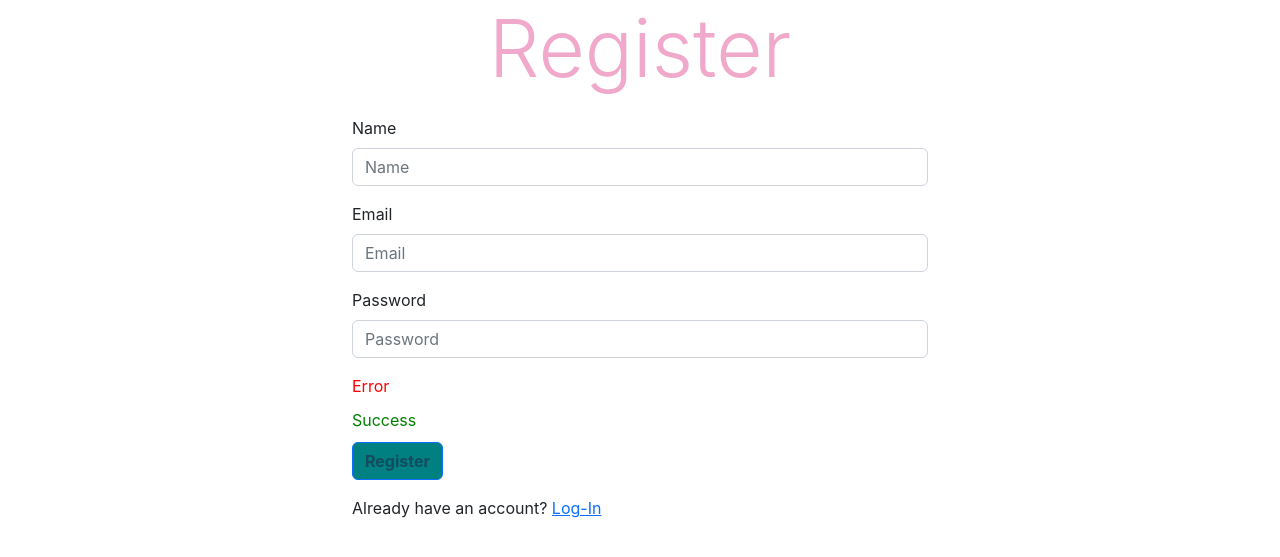
Repository: LolaSL/multi-niche-blog
Page: /register (app in frontend/)
These files come from the project's save history. The page is drawn as it stood at one moment and after a run of saves; the edit follows.
The browser window is 1280 px wide. The pictures show the whole page.
The project was rebuilt for these pictures with package versions that can differ from the ones it lists, and the page was loaded fresh each time. Also part of the build but not shown: frontend/src/pages/Login.jsx, frontend/src/pages/Post.jsx, frontend/src/pages/CreatePost.jsx, frontend/src/pages/Home.jsx, frontend/src/components/Navbars.jsx, frontend/src/components/Footer.jsx.

Above is the page before, as saved 2023-01-29 09:38:43.

### frontend/public/index.html
<!DOCTYPE html>
<html lang="en">
  <head>
    <meta charset="utf-8" />
    <link rel="icon" href="%PUBLIC_URL%/favicon.ico" />
    <meta name="viewport" content="width=device-width, initial-scale=1" />
    <meta name="theme-color" content="#000000" />
    <meta
      name="description"
      content="Web site created using create-react-app"
    />
    <link rel="apple-touch-icon" href="%PUBLIC_URL%/logo192.png" />
    <!--
      manifest.json provides metadata used when your web app is installed on a
      user's mobile device or desktop. See https://developers.google.com/web/fundamentals/web-app-manifest/
    -->
    <link rel="manifest" href="%PUBLIC_URL%/manifest.json" />
    <link rel="stylesheet" href="https://cdn.jsdelivr.net/npm/bootstrap@5.2.3/dist/css/bootstrap.min.css"
    integrity="sha384-rbsA2VBKQhggwzxH7pPCaAqO46MgnOM80zW1RWuH61DGLwZJEdK2Kadq2F9CUG65" crossorigin="anonymous" />
  <link rel="stylesheet" href="https://cdnjs.cloudflare.com/ajax/libs/font-awesome/6.2.1/css/all.min.css" />
    <!--
      Notice the use of %PUBLIC_URL% in the tags above.
      It will be replaced with the URL of the `public` folder during the build.
      Only files inside the `public` folder can be referenced from the HTML.

      Unlike "/favicon.ico" or "favicon.ico", "%PUBLIC_URL%/favicon.ico" will
      work correctly both with client-side routing and a non-root public URL.
      Learn how to configure a non-root public URL by running `npm run build`.
    -->
    <title>React App</title>
  </head>
  <body>
    <noscript>You need to enable JavaScript to run this app.</noscript>
    <div id="root"></div>
    <!--
      This HTML file is a template.
      If you open it directly in the browser, you will see an empty page.

      You can add webfonts, meta tags, or analytics to this file.
      The build step will place the bundled scripts into the <body> tag.

      To begin the development, run `npm start` or `yarn start`.
      To create a production bundle, use `npm run build` or `yarn build`.
    -->
  </body>
</html>

### frontend/src/index.css
body {
  margin: 0;
  font-family: -apple-system, BlinkMacSystemFont, "Segoe UI", "Roboto", "Oxygen",
    "Ubuntu", "Cantarell", "Fira Sans", "Droid Sans", "Helvetica Neue",
    sans-serif;
  -webkit-font-smoothing: antialiased;
  -moz-osx-font-smoothing: grayscale;
}

code {
  font-family: source-code-pro, Menlo, Monaco, Consolas, "Courier New",
    monospace;
}
.app {
  display: flex;
}
.link {
  text-decoration: none;
  color: inherit;
}
.container {
  width: 1124px;
}
/* Login & Registration */

h1 {
  font-size: 20px;
  color: hsl(331, 71%, 80%);
  margin-bottom: 20px;
}
.small-container {
  max-width: 600px;
}
.btn {
  background-color: teal;
  font-weight: bold;
  color: hsl(195, 70%, 22%);
}
.btn:hover {
  background-color: hsl(264, 25%, 63%);
  font-weight: bold;
}

/* Navbar */
.logo-image {
  background-color: rgb(237, 203, 233);
  width: 40%;
  height: 40%;
  border-radius: 50%;
}
h6 {
  font-size: 16px;
  font-weight: 300;
  margin: 10px;
  color: hsl(205, 100%, 17%);
}
.navbar {
  padding: 10px 0;
  justify-content: space-between;
  width: 1124px;
}

.links {
  display: flex flex;
  align-items: center;
  gap: 15px;
}
.create {
  background-color: hsl(312, 58%, 85%);
  width: 60px;
  height: 60px;
  border-radius: 50%;
  display: flex;
  align-items: center;
  justify-content: center;
  font-weight: 600;
  border: 1px solid white;
  color: hsl(205, 100%, 17%);
}
.create:hover {
  color: white;
  background-color: hsl(331, 71%, 80%);
  border: 1px solid hsl(264, 25%, 63%);
  font-weight: 600;
}
/* Footer */
footer {
  margin-top: 100px;
  padding: 20px;
  background-color: hsl(312, 58%, 85%);
  display: flex;
  align-items: center;
  justify-content: space-between;
  font-size: 12px;
  color: hsl(205, 100%, 17%);
}
.footer-image {
  background-color: hsl(312, 58%, 85%);
  width: 10%;
  height: 10%;
  border-radius: 50%;
}

/* Home */
.posts {
  margin-top: 50px;
  display: flex;
  flex-direction: column;
  gap: 150px;
}
.post {
  display: flex;
  gap: 100px;
}
.post:nth-child(2n + 1) {
  flex-direction: row-reverse;
}

.post-image {
  flex: 2;
  position: relative;
}
.post-image::after {
  content: "";
  width: 100%;
  height: 100%;
  background-color: hsl(331, 71%, 80%);
  position: absolute;
  top: 20px;
  left: -20px;
  z-index: -1;
}

img {
  width: 100%;
  max-height: 400px;
  object-fit: cover;
}
.content {
  flex: 3;
  display: flex;
  flex-direction: column;
  justify-content: space-between;
}
h1 {
  font-size: 48px;
}

p {
  font-size: 18px;
}

button {
  width: max-content;
  padding: 10px 20px;
  border: none;
  cursor: pointer;
  /* background-color: white;
  border: 1px solid hsl(331, 71%, 80%);
  color: hsl(331, 71%, 80%); */
}

/* button:hover {
  border: 1px solid white;
  background-color: hsl(331, 71%, 80%);
  color: black;
} */

### frontend/src/App.js
import React from "react";
import { createBrowserRouter, RouterProvider, Outlet } from "react-router-dom";
import Register from './pages/Register';
import Login from './pages/Login';
import Post from './pages/Post';
import CreatePost from './pages/CreatePost';
import Home from './pages/Home';
import Navbars from "./components/Navbars";
import Footer from "./components/Footer";
import Container from "react-bootstrap/Container";

const Layout = () => {
  return(
    <>
    <Navbars />
    <Outlet/>
    <Footer />
    </>
  )
}
const router = createBrowserRouter([
  {
    path: "/", element: <Layout />,
    children: [
      { path: "/", element: <Home /> },
      { path: "/post/:id", element: <Post /> },
      { path: "/createpost", element: <CreatePost /> },
    ]

  },
  { path: "/register", element: <Register /> },
  { path: "/login", element: <Login /> },
]);

function App() {
  return (
    <div className="App">
      <Container className="container">
             <RouterProvider router={router}></RouterProvider>
</Container>


    </div>
  );
}




export default App;

### frontend/src/pages/Register.jsx
import React from 'react';
import Container from "react-bootstrap/Container";
import Form from "react-bootstrap/Form";
import Button from "react-bootstrap/Button";
import { Link, useLocation } from "react-router-dom";

const Register = () => {
    const { search } = useLocation();

    const redirectInUrl = new URLSearchParams(search).get("redirect");
    const redirect = redirectInUrl ? redirectInUrl : "/";
  return (
    <Container className="small-container">
    <div>
      <h1 className="font-weight-light display-1 text-center">Register</h1>
    </div>
          <Form
            //   onSubmit={(e) => onSubmit(e)}
          >
      <Form.Group className="mb-3">
        <Form.Label>Name</Form.Label>
        <Form.Control
        //   onChange={(e) => onChange(e)}
        //   value={values.name}
          id='email'
          name="name"
          placeholder='Name'
          className='form-control'
          required />
      </Form.Group>

      <Form.Group className="mb-3">
        <Form.Label>Email</Form.Label>
        <Form.Control
        //   onChange={(e) => onChange(e)}
          type="email"
          required
          id='email'
          name='email'
          className='form-control'
        //   value={values.email}
          placeholder='Email'
        />
      </Form.Group>
      <Form.Group className="mb-3" >
        <Form.Label>Password</Form.Label>
        <Form.Control
        // onChange={(e) => onChange(e)}
        type='password'
        // value={values.password}
          placeholder='Password'
          className='form-control'
          id='password'
          name='password'
        required
         autoComplete="new-password"
        />

      </Form.Group>
      <div style={{ color: 'red', margin: '10px 0' }}>Error</div>
      <div style={{ color: 'green', margin: '10px 0' }}>Success</div>
      <div className="mb-3">
        <Button type="submit">Register</Button>
      </div>
      <div className="mb-3">
        Already have an account?{" "}
        <Link to={`/login?redirect=${redirect}`}>Log-In</Link>
      </div>
    </Form>
  </Container>
);
};

export default Register;

Loaded but not shown: frontend/src/index.js (common file); frontend/src/reportWebVitals.js (common file)

After the next 3 saves:
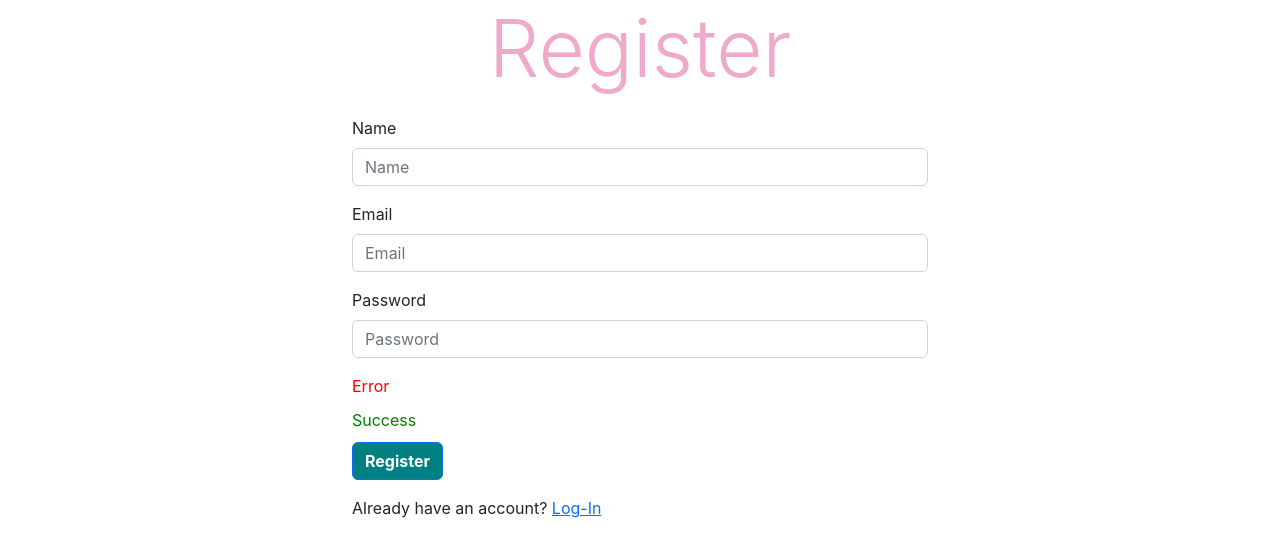
The 3 saves are shown as one change because they came seconds apart.
The last was saved 11 s later.
--- a/frontend/src/index.css
+++ b/frontend/src/index.css
@@ -34,7 +34,7 @@ h1 {
 .btn {
   background-color: teal;
   font-weight: bold;
-  color: hsl(195, 70%, 22%);
+  color: white;
 }
 .btn:hover {
   background-color: hsl(264, 25%, 63%);
